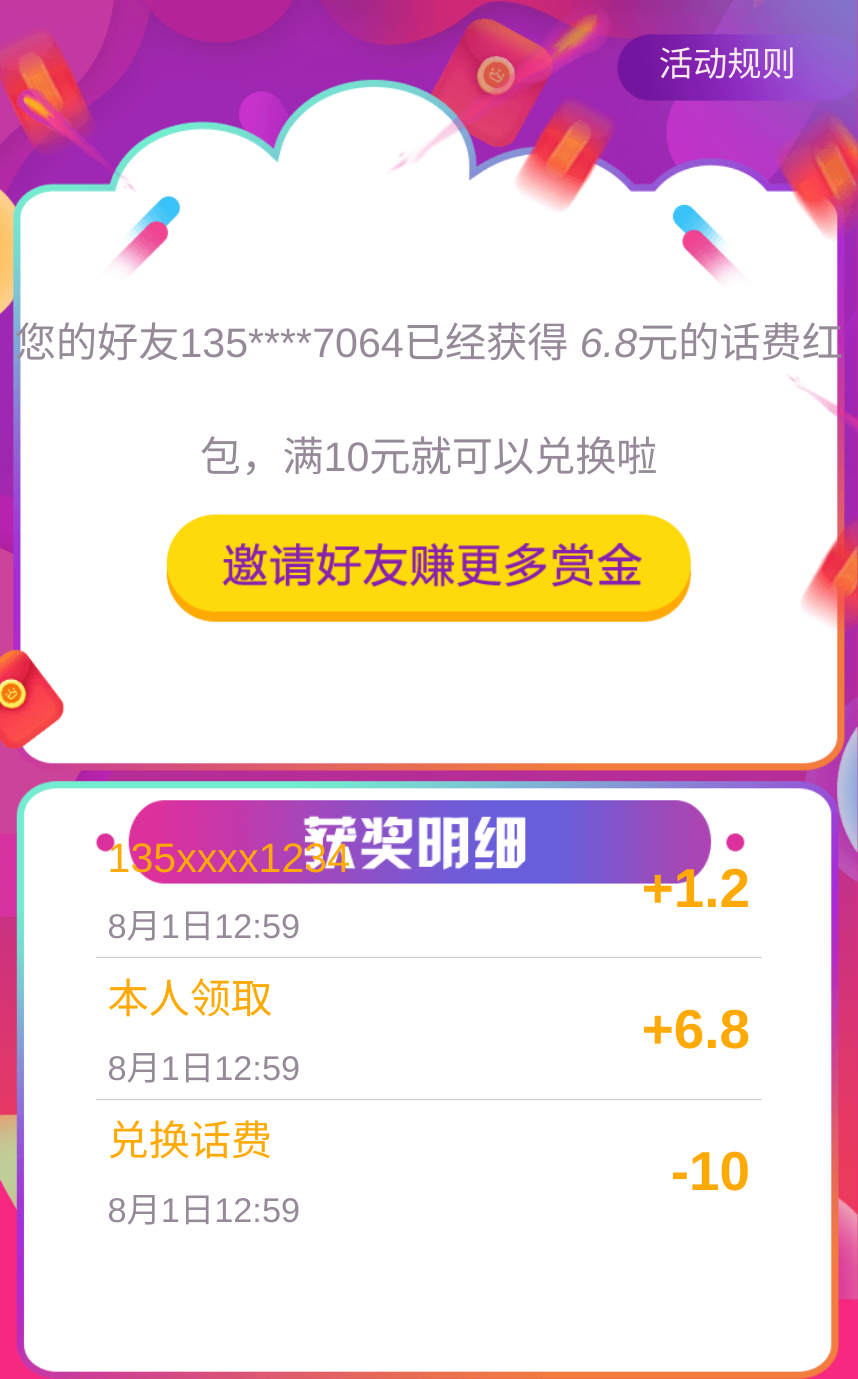
Repository: wangbiaozy/hb
Page: index_hjmx.html
An editor plug-in stored every save of this project. The page is shown before and after the next save, followed by the edit.
The browser window is 1280 px wide. The pictures show the whole page, at 67% of full size.

Above is the page before, as saved 2018-08-16 11:15:37.

### index_hjmx.html
<!DOCTYPE html>
<html lang="en">
<head>
    <meta charset="UTF-8">
    <meta name="viewport" content="width=device-width, initial-scale=1.0, maximum-scale=1.0, minimum-scale=1.0, user-scalable=no, viewport-fit=cover">
    <meta http-equiv="X-UA-Compatible" content="ie=edge">
    <title>Document</title>
    <link rel="stylesheet" href="css/reset.min.css">
    <link rel="stylesheet/less" href="css/styles_1.less">
    <script src="js/less-1.7.0.min.js"></script>
</head>
<body>
    <section class="main">
        <a id="rule_btn" href="javascript:void(0)">活动规则</a>
        <!-- 获奖明细页 -->
        <div class="detail">
            <p>您的好友<span>135****7064</span>已经获得
                    <i>6.8</i>元的话费红包，满10元就可以兑换啦</p>
            <a href="javascript:void(0)"></a>
            <ul>
                <li>
                    <p>135xxxx1234</p>
                    <p><span>8月1日</span><span>12:59</span></p>
                    <h3>+1.2</h3>
                </li>
                <li>
                    <p>本人领取</p>
                    <p><span>8月1日</span><span>12:59</span></p>
                    <h3>+6.8</h3>
                </li>
                <li>
                    <p>兑换话费</p>
                    <p><span>8月1日</span><span>12:59</span></p>
                    <h3>-10</h3>
                </li>
            </ul>
        </div>
    </section>

    <!-- 活动规则弹窗 -->
    <section class="rule">
        <a href="javascript:void(0)"></a>
        <ul>
            <li>1.活动期间，用户通过10086App开屏页，首页轮播图进入活动，领取10元的话费红包。自己可拆开随机金，剩余金额需分享并邀请好友帮忙拆开，每位可帮忙拆开随机金额，全部拆完即可兑换话费。</li>
            <li>2.邀请拆  红包的好友需为新注册10086App的用户，好友在活动页面输入邀请人的邀请码才能成功帮好友拆开红包，好友帮助拆开红包后同时可获得一个话费红包。</li>
            <li>3.用户需在当前红包全部拆完后，才可开启下一个红包。</li>
            <li>4.活动期间一经发现违规等恶意操作等作弊行为将取消获奖资格。</li>
            <li>5.活动期间，用户需持续下载并的登陆110086App，否则话费奖品无法发放。</li>
        </ul>
        <a href="javascript:void(0)"></a>
    </section>
    <!-- 遮罩层 -->
    <section class="mask" id="mask"></section>
</body>
</html>
<script src="js/jquery-1.10.1.min.js"></script>
<script src="js/index.js"></script>

### css/reset.min.css
@charset "utf-8";
/*默认样式清除和初始化*/
body,h1,h2,h3,h4,h5,h6,hr,p,blockquote,dl,dt,dd,ul,ol,li,button,input,textarea,th,td{margin:0;padding:0}body{font-size:12px;font-style:normal;font-family:"\5FAE\8F6F\96C5\9ED1",Helvetica,sans-serif}small{font-size:12px}h1{font-size:18px}h2{font-size:16px}h3{font-size:14px}h4,h5,h6{font-size:100%}ul,ol{list-style:none}a{text-decoration:none;background-color:transparent}a:hover,a:active{outline-width:0;text-decoration:none}table{border-collapse:collapse;border-spacing:0}hr{border:0;height:1px}img{border-style:none}img:not([src]){display:none}svg:not(:root){overflow:hidden}html{-webkit-touch-callout:none;-webkit-text-size-adjust:100%}input,textarea,button,a{-webkit-tap-highlight-color:rgba(0,0,0,0)}article,aside,details,figcaption,figure,footer,header,main,menu,nav,section,summary{display:block}audio,canvas,progress,video{display:inline-block}audio:not([controls]),video:not([controls]){display:none;height:0}progress{vertical-align:baseline}mark{background-color:#ff0;color:#000}sub,sup{position:relative;font-size:75%;line-height:0;vertical-align:baseline}sub{bottom:-0.25em}sup{top:-0.5em}button,input,select,textarea{font-size:100%;outline:0}button,input{overflow:visible}button,select{text-transform:none}textarea{overflow:auto}button,html [type="button"],[type="reset"],[type="submit"]{-webkit-appearance:button}button::-moz-focus-inner,[type="button"]::-moz-focus-inner,[type="reset"]::-moz-focus-inner,[type="submit"]::-moz-focus-inner{border-style:none;padding:0}button:-moz-focusring,[type="button"]:-moz-focusring,[type="reset"]:-moz-focusring,[type="submit"]:-moz-focusring{outline:1px dotted ButtonText}[type="checkbox"],[type="radio"]{box-sizing:border-box;padding:0}[type="number"]::-webkit-inner-spin-button,[type="number"]::-webkit-outer-spin-button{height:auto}[type="search"]{-webkit-appearance:textfield;outline-offset:-2px}[type="search"]::-webkit-search-cancel-button,[type="search"]::-webkit-search-decoration{-webkit-appearance:none}::-webkit-input-placeholder{color:inherit;opacity:.54}::-webkit-file-upload-button{-webkit-appearance:button;font:inherit}.clear:after{display:block;height:0;content:"";clear:both}
*{ -webkit-tap-highlight-color: rgba(0,0,0,0);-webkit-tap-highlight-color: transparent; /* For some Androids */ }

### js/index.js
(function (doc, win) {
    var docEl = doc.documentElement,
        resizeEvt = 'orientationchange' in window ? 'orientationchange' : 'resize',
        recalc = function () {
            var clientWidth = docEl.clientWidth;
            if (!clientWidth) return;
            docEl.style.fontSize = 100 * (clientWidth / 750) + 'px';
        };
    if (!doc.addEventListener) return;
    win.addEventListener(resizeEvt, recalc, false);
    doc.addEventListener('DOMContentLoaded', recalc, false);
})(document, window);
$(function () {

    //显示非中奖页背景
    function showFirstPageBg(){
        $('.main').removeClass('result');
    }
    //显示中奖页背景
    function showResultPageBg(){
        $('.main').addClass('result');
    }
    //显示活动规则弹窗
    $('#rule_btn').on('click',function(){
        $('.rule').show();
        showMask();
    });
    //关闭活动规则弹窗
    function hideRuleModel(){
        $('.rule').hide();
        hideMask();
    }
    $('.rule').on('click','a',function(){
        hideRuleModel();
    });
    //首页赚钱攻略按钮
    $('#gl_btn').on('click',function(){
        $('.gl').show();
        showMask();
    })
    //首页抽红包按钮
    $('#cj').on('click',function(){
        //奖品金额随机数
        var num = (Math.random()*9+1).toFixed(2);
        $('#moneyText').text(num);
        $('.result').show();
        $('.f_page').hide();
        showResultPageBg();
    });

    //显示弹窗
    function showModel(){
        $('.model').show();
        showMask();
    }

    //关闭弹窗
    $('.close').on('click',function(){
        $(this).parent().parent().hide();
        hideMask();
    });
    //显示遮罩层
    function showMask(){
        $("#mask").css("height",$(document).height());
        $("#mask").css("width",$(document).width());
        $("#mask").show();
        $('body').css('position','fixed');
    }
    //隐藏遮罩层
    function hideMask(){
        $("#mask").hide();
        $('body').css('position','unset');
    }
});

Loaded but not shown: js/less-1.7.0.min.js (library); js/jquery-1.10.1.min.js (library)

After the next save:
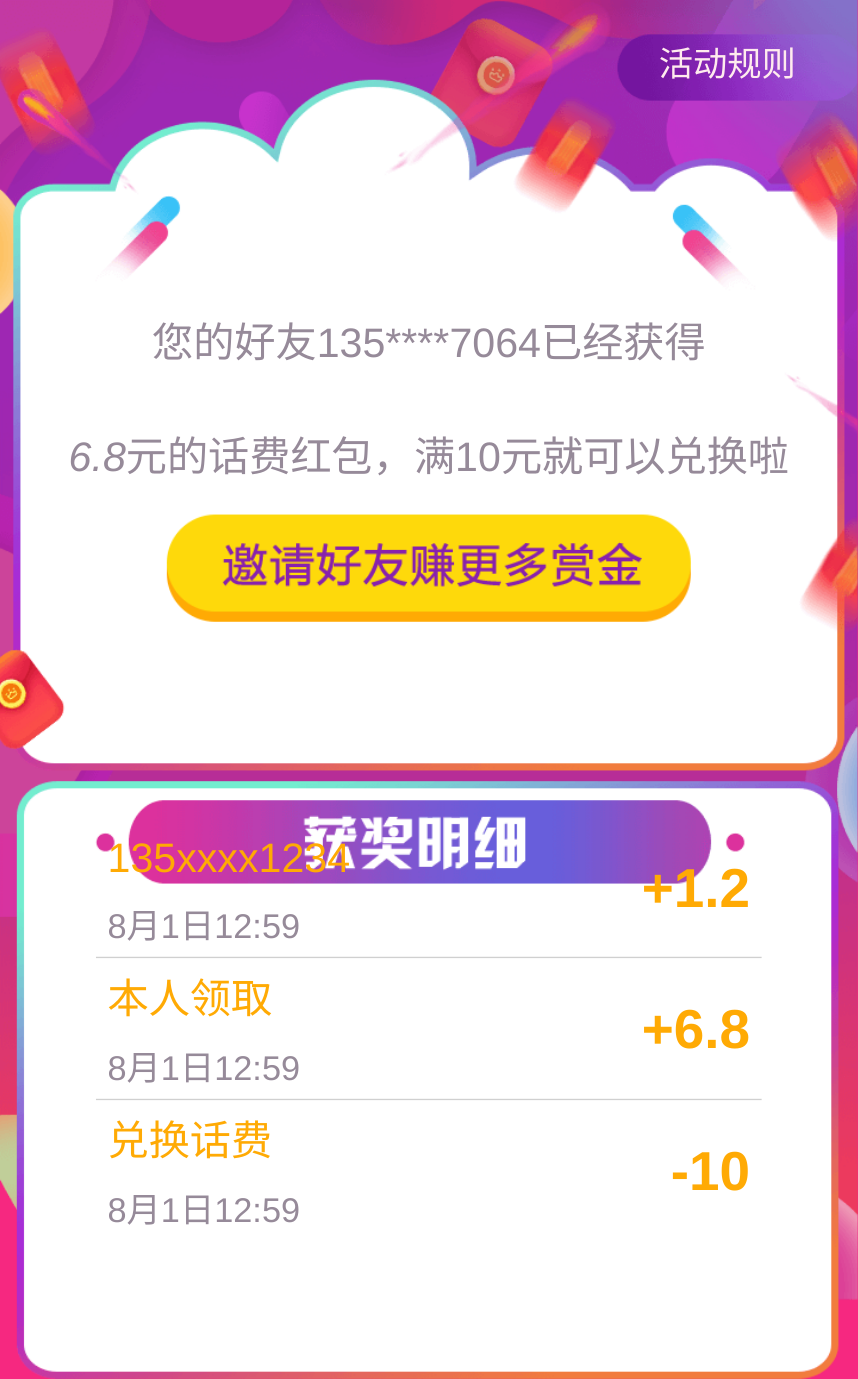
Saved 12 s later.
--- a/index_hjmx.html
+++ b/index_hjmx.html
@@ -14,8 +14,7 @@
         <a id="rule_btn" href="javascript:void(0)">活动规则</a>
         <!-- 获奖明细页 -->
         <div class="detail">
-            <p>您的好友<span>135****7064</span>已经获得
-                    <i>6.8</i>元的话费红包，满10元就可以兑换啦</p>
+            <p>您的好友<span>135****7064</span>已经获得<br><i>6.8</i>元的话费红包，满10元就可以兑换啦</p>
             <a href="javascript:void(0)"></a>
             <ul>
                 <li>
